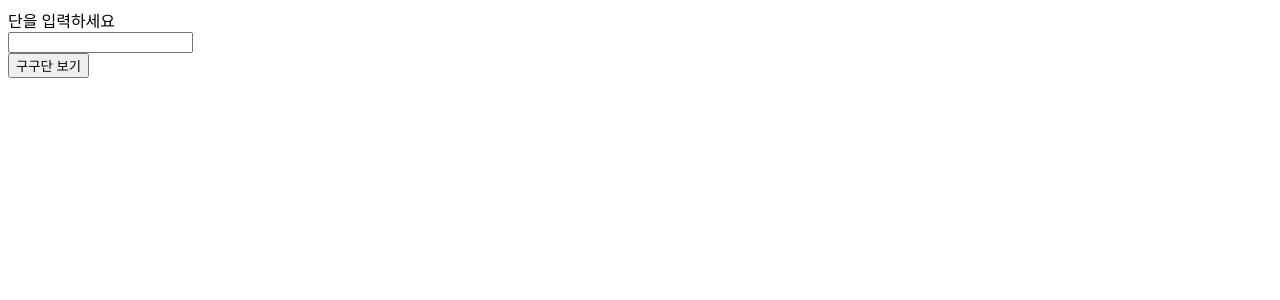
Repository: seoyeon0619/WebProgramming
Page: http://localhost/myhome3/구구단.jsp
An editor plug-in stored every save of this project. The page is shown before and after the next save, followed by the edit.
The browser window is 1280 px wide. The pictures show the whole page.
The page is served by Tomcat 9. Other server files are loaded and not shown.

Above is the page before, as saved 2023-01-02 05:49:32.

### workspace1/myhome3/src/main/webapp/구구단.jsp
<%@ page language="java" contentType="text/html; charset=UTF-8"
    pageEncoding="UTF-8"%>
<!DOCTYPE html>
<html>
<head>
<meta charset="UTF-8">
<title>Insert title here</title>
</head>
<body>
	<form name="myform">
	단을 입력하세요 <br/>
	<input type="text" name="dan" id="dan"><br/>
	<button id="btnPress" type="button">구구단 보기</button>
	</form>
	<div id="result">

	</div>
</body>
</html>

<script>

function goSend(oper){
	var frm = document.myform;
	frm.operator.value = oper;
	frm.action = "<%=request.getContextPath()%>/구구단결과.jsp";
	frm.method="POST";
	frm.submit();
}
</script>

After the next save:
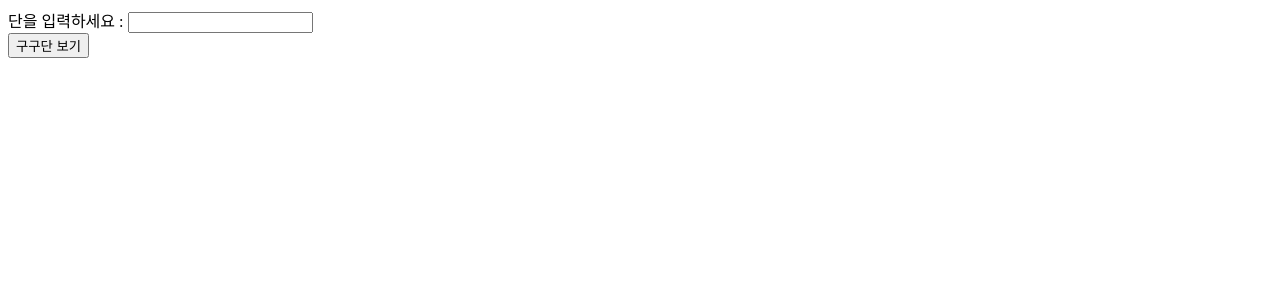
Saved 13 min 45 s later.
--- a/workspace1/myhome3/src/main/webapp/구구단.jsp
+++ b/workspace1/myhome3/src/main/webapp/구구단.jsp
@@ -8,7 +8,7 @@
 </head>
 <body>
 	<form name="myform">
-	단을 입력하세요 <br/>
+	단을 입력하세요 :
 	<input type="text" name="dan" id="dan"><br/>
 	<button id="btnPress" type="button">구구단 보기</button>
 	</form>
